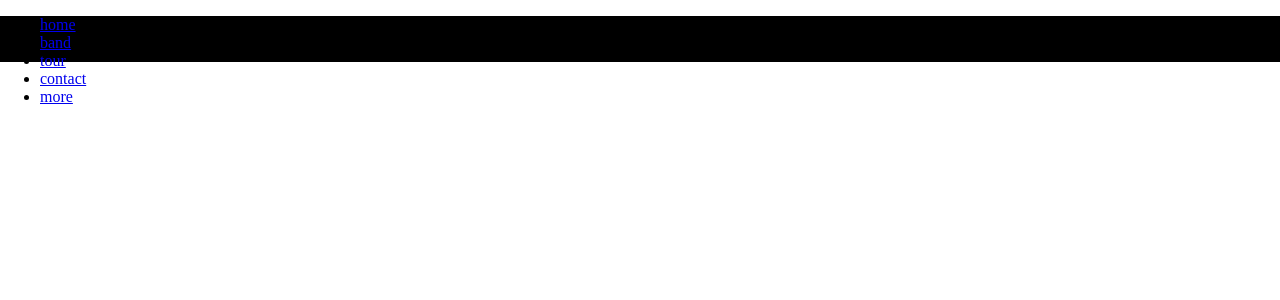
Repository: tatvanhco/web-dau-tay
Page: index.html
An editor plug-in stored every save of this project. The page is shown before and after the next save, followed by the edit.
The browser window is 1280 px wide. The pictures show the whole page.

Above is the page before, as saved 2022-01-23 15:42:13.

After the next save:
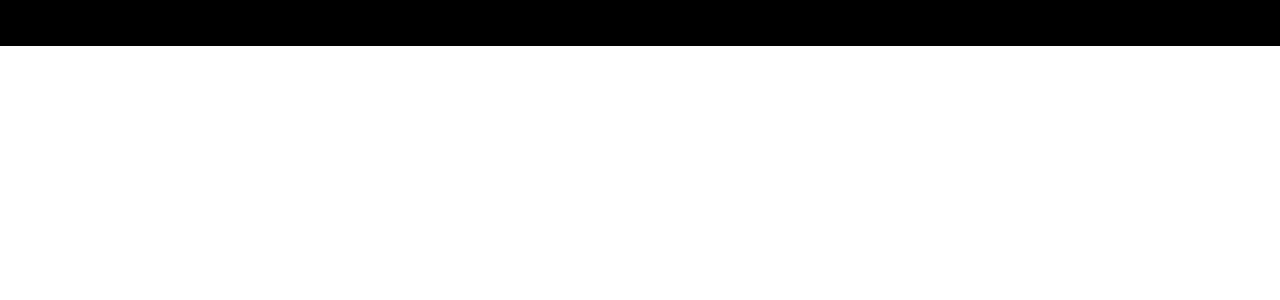
Saved 29 s later.
--- a/index.html
+++ b/index.html
@@ -11,13 +11,13 @@
 </head>
 <body>
     <div class="header">
-        <ul>
+        <!-- <ul>
             <li><a href="#">home</a></li>
             <li><a href="#">band</a></li>
             <li><a href="#">tour</a></li>
             <li><a href="#">contact</a></li>
             <li><a href="#">more</a></li>
-        </ul>
+        </ul> -->
     </div>
     <div class="content">
 

After the save that followed:
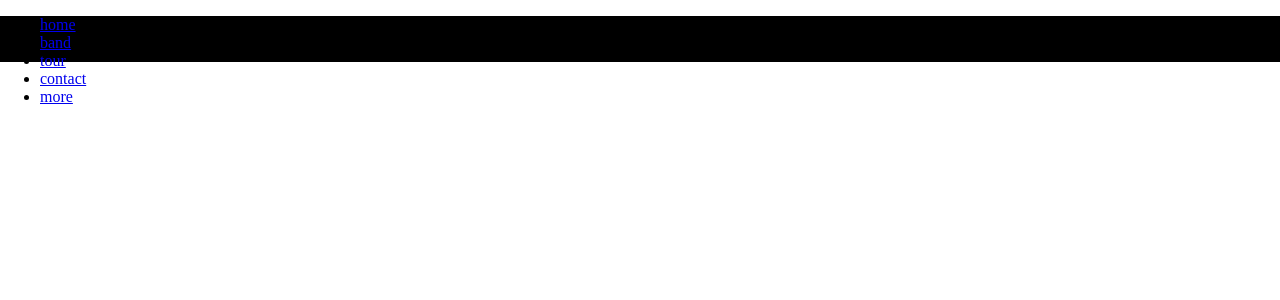
Saved 48 s later.
--- a/index.html
+++ b/index.html
@@ -11,13 +11,13 @@
 </head>
 <body>
     <div class="header">
-        <!-- <ul>
+        <ul>
             <li><a href="#">home</a></li>
             <li><a href="#">band</a></li>
             <li><a href="#">tour</a></li>
             <li><a href="#">contact</a></li>
             <li><a href="#">more</a></li>
-        </ul> -->
+        </ul>
     </div>
     <div class="content">
 
